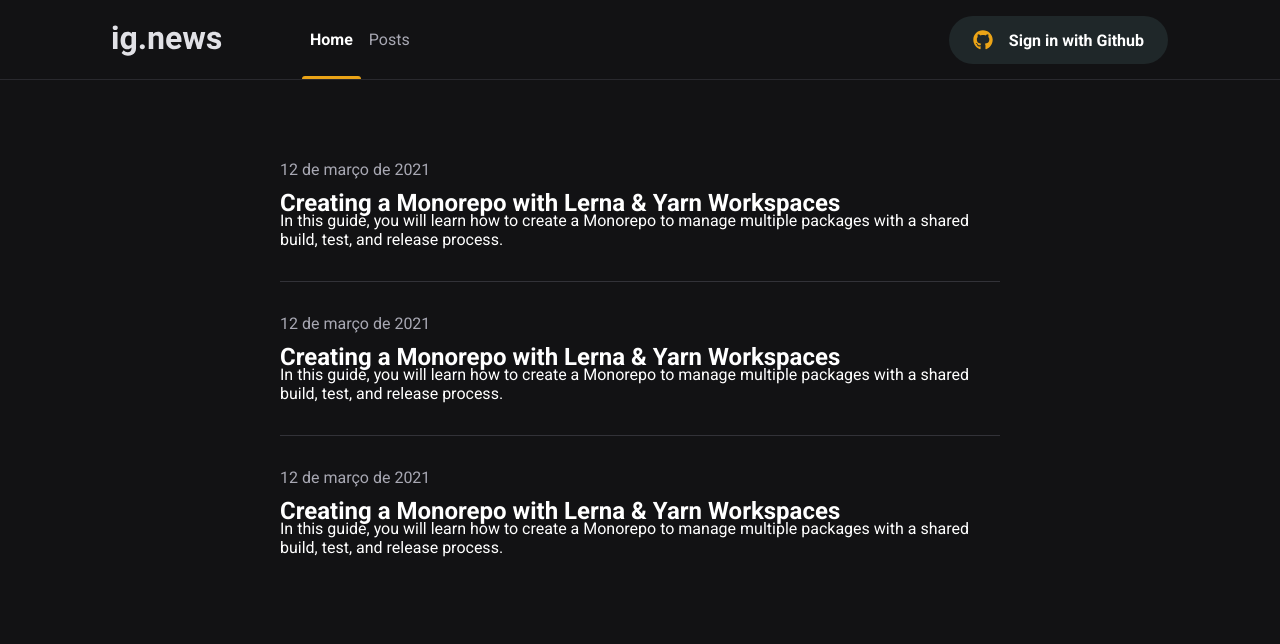
Repository: savinnsk/ignews
Page: /posts
An editor plug-in stored every save of this project. The page is shown before and after the next save, followed by the edit.
The browser window is 1280 px wide. The pictures show the whole page.
The page's requests for data from a server got no answer. The project was rebuilt for these pictures with package versions that can differ from the ones it lists, and the page was loaded fresh each time. The framework's server and built-in components were replaced by stand-ins that run in the browser. No one was signed in, and anything a server would have sent is missing.

Above is the page before, as saved 2021-06-24 21:30:50.

### src/pages/_app.tsx
import {Header} from "../components/Header/Header";

import { AppProps }  from 'next/app';
import '../styles/globals.scss';
import { Provider as NextAuthProvider } from 'next-auth/client'

function MyApp({ Component, pageProps } : AppProps ) {
  return (
  <NextAuthProvider session={pageProps.session}>
    <Header/>
    <Component {...pageProps} />
  </NextAuthProvider>
  )
}

export default MyApp

### src/pages/_document.tsx
import Document , { Html , Head , Main ,NextScript }from 'next/document';


export default class MyDocument extends Document {
    render(){
        return (
            <Html>
                <Head>
                <link rel="preconnect" href="https://fonts.gstatic.com"/>
                <link href="https://fonts.googleapis.com/css2?family=Roboto:wght@400;700;900&display=swap" rel="stylesheet"/>
                <link rel="shortcut icon" href="/favicon.png" type="image/png" />

                </Head>

                <body>
                    <Main />
                    <NextScript/>
                </body>
            </Html>
        )
    }
}

### src/pages/posts/index.tsx
import styles from './styles.module.scss'
import Head  from 'next/head'

export default function Post(){
    return (
        <>
        <Head>
            <title>Posts | Ignews</title>
        </Head>

        <main className={styles.container}>
          <div className={styles.posts} >
              <a href="">
                  <time>12 de março de 2021</time>
                  <strong>Creating a Monorepo with Lerna & Yarn Workspaces</strong>
                  <p>In this guide, you will learn how to create a Monorepo to manage multiple packages with a shared build, test, and release process.</p>
              </a>

              <a href="">
                  <time>12 de março de 2021</time>
                  <strong>Creating a Monorepo with Lerna & Yarn Workspaces</strong>
                  <p>In this guide, you will learn how to create a Monorepo to manage multiple packages with a shared build, test, and release process.</p>
              </a>

               <a href="">
                  <time>12 de março de 2021</time>
                  <strong>Creating a Monorepo with Lerna & Yarn Workspaces</strong>
                  <p>In this guide, you will learn how to create a Monorepo to manage multiple packages with a shared build, test, and release process.</p>
              </a>

          </div>
        </main>
        </>
    );
}

### src/components/Header/Header.tsx
import { SignInButton } from '../SingInButton/SignInButton';
import styles from './styles.module.scss';


export function Header (){
    return (
        <header className={styles.HeaderContainer}>
            <div className={styles.HeaderContent}>
                <img src="/images/logo.svg" alt="ig.news" />
                <nav>
                    <a className={styles.active} href="">Home</a>
                    <a  href="">Posts</a>
                </nav>

                <SignInButton/>
            </div>
        </header>
    )
}

### src/styles/globals.scss
* {
    margin : 0 ;
    padding: 0;
    box-sizing: border-box;

}


:root {

    --white : #ffffff;

    --gray100 : #e1e1e6 ;
    --gray300 : #a8a8b3;
    --gray700 : #323238;
    --gray-green850 : #1f2729;
    --gray800 : #29292e;
    --gray900: #121214;

    --cyan500 : #61dafb;
    --yellow500 : #eba417;
}


@media (max-width : 1080px){

    html{
        font-size : 93.75%  // 15px
    }
}

@media (max-width : 720px){

    html{
        font-size : 87.5% //14px
    }
}

body {

    background: var(--gray900);
    color : var(--white)

}


body , input ,button , select , textarea {
    font : 400 1rem "Roboto" , sans-sarif;
}

button {
    cursor: pointer ;
}


a{
    color : inherit ;
    text-decoration: none;
}

### src/pages/posts/styles.module.scss
.container {
    max-width: 1120px;
    margin: 0 auto;
    padding: 0 2rem;
}

.posts{
    max-width: 720px;
    margin: 5rem auto 0;

    a{
        display: block;

        & + a {
            margin-top: 2rem;
            padding-top:2rem;
            border-top:1px solid var(--gray700)
        }

        time {
            font-size:1rem;
            display: flex;
            align-items : center;
            color : var(--gray300)
        }

        strong {
            display: block;
            font-size: 1.5rem;
            margin-top : 1rem;
            line-height: 1rem;
        }
    }
}

### src/components/SingInButton/SignInButton.tsx
import styles from './styles.module.scss'
import {FaGithub} from 'react-icons/fa'
import {FiX} from 'react-icons/fi';

import { signIn , signOut ,useSession } from 'next-auth/client'

export function SignInButton  () {

    const [session] = useSession() ;
    console.log(session)

 return session ? (



<button type="button"
    className={styles.SignInButton}
    onClick={()=> signOut()}
    >
       <FaGithub color="#04d361"/>
        {session.user.name}
        <FiX color="#737380" className={styles.closeIcon}/>
   </button>

 ): (

   <button type="button"
className={styles.SignInButton}
onClick={() => signIn('github')}
>
   <FaGithub color="#eba417"/>
    Sign in with Github
</button>



 )
}

### src/components/Header/styles.module.scss
.HeaderContainer {
    height : 5rem ;
    border-bottom : 1px solid var(--gray800)
}


.HeaderContent {
    max-width: 1120px;
    width: 100%;
    height : 5rem ;
    margin : 0 auto ; //align center horizon
    padding: 0 2rem;
    display : flex ;
    align-items: center;

        nav {
            margin-left:5rem ;
            height :5rem ;

                a{

                display: inline-block;
                position: relative;
                padding: 0 0.5rem;
                line-height : 5rem ;
                color :var(--gray300);
                transition : 0.2s;

                    a + a {
                        margin-left:2rem ;
                    }

                    &:hover
                    {
                      color : var(--white)
                    }


                    &.active {
                        color: var(--white);
                        font-weight :bold ;
                    }

                    &.active::after
                    {
                        content:'';
                        height : 3px;
                        border-radius : 3px 3px 0 0 ;
                        width : 100% ;
                        position : absolute ;
                        bottom : 1px ;
                        left : 0 ;
                        background: var(--yellow500);
                    }
                }


        }

         button {
             margin-left :auto ;
         }
}

### src/components/SingInButton/styles.module.scss
.SignInButton {

    height :3rem ;
    border-radius :3rem ;
    background: var(--gray-green850);
    border : 0 ;
    padding: 0 1.5rem;

    display: flex;
    align-items: center;
    justify-content: center;
    color: var(--white);
    font-weight : bold;
    transition: filter 0.2s;

    svg{
        width: 20px;
        height :20px;
    }

    svg:first-child{
        margin-right:1rem;
    }

    &:hover {
        filter: brightness(0.8);
    }

    .closeIcon {
        margin-left: 1rem;
    }
}

After the next save:
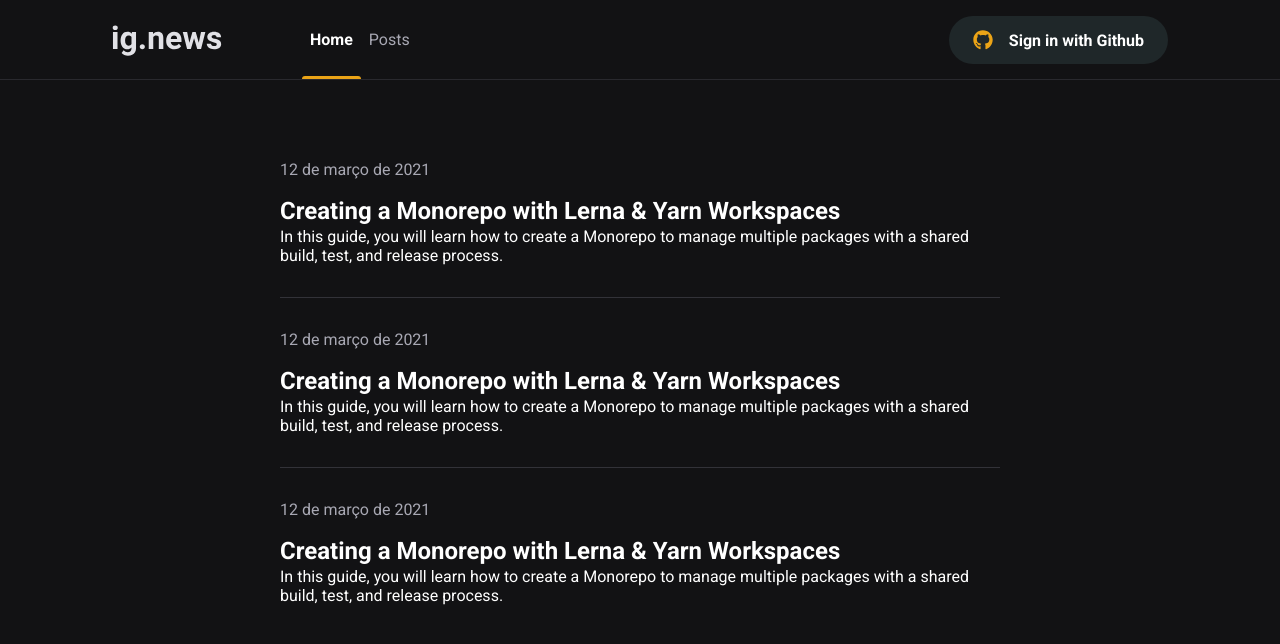
Saved 10 s later.
--- a/src/pages/posts/styles.module.scss
+++ b/src/pages/posts/styles.module.scss
@@ -28,7 +28,7 @@
             display: block;
             font-size: 1.5rem;
             margin-top : 1rem;
-            line-height: 1rem;
+            line-height: 2rem;
         }
     }
 }
